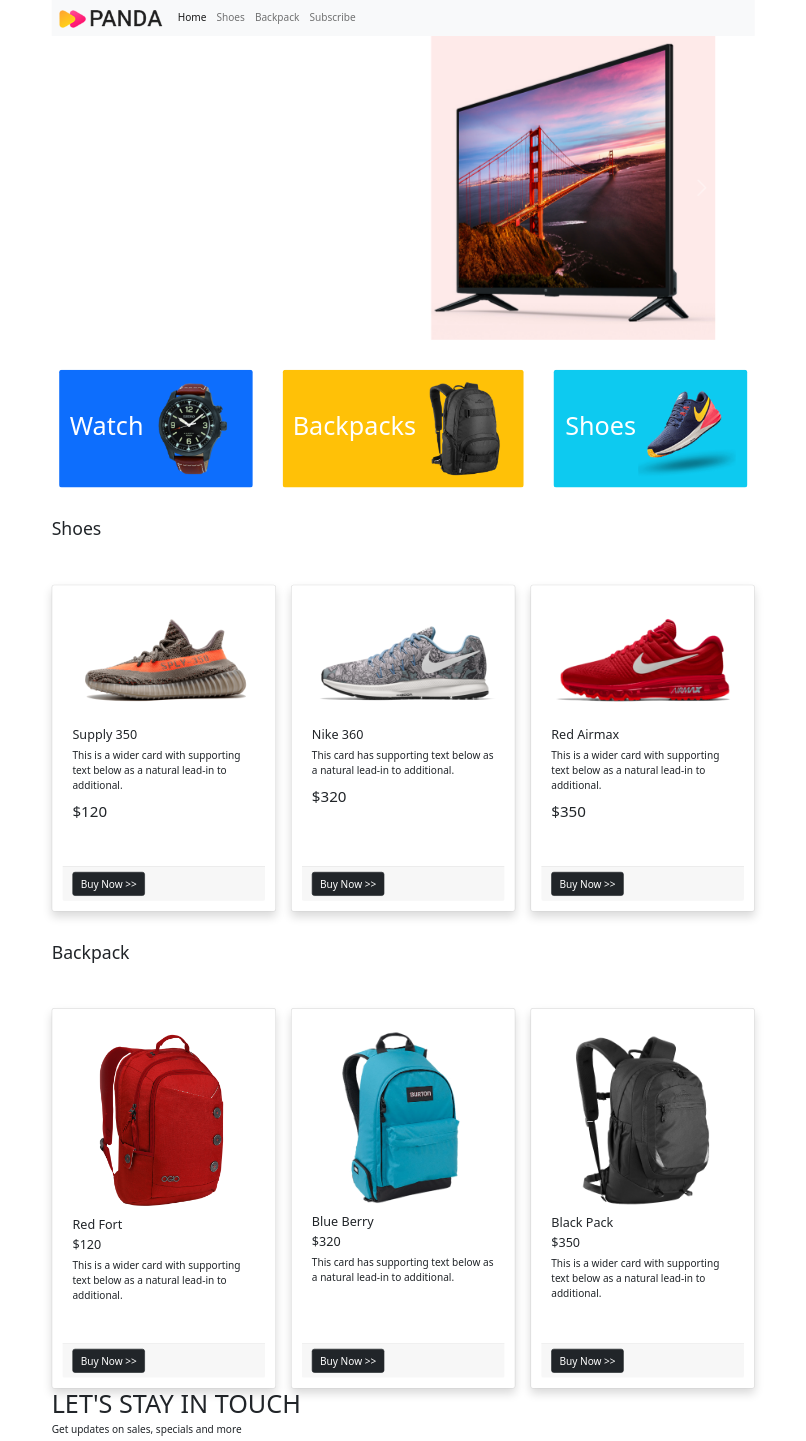
Repository: omarhasnain/panda-commerce-bootstrap
Page: index.html
These files come from the project's save history. The page is drawn as it stood at one moment and after the next save; the edit follows.
The browser window is 1280 px wide. The pictures show the whole page, at 63% of full size.

Above is the page before, as saved 2021-01-14 17:23:09.

### index.html
<!DOCTYPE html>
<html lang="en">
<head>
    <meta charset="UTF-8">
    <meta name="viewport" content="width=device-width, initial-scale=1.0">
    <title>Panda Commerce</title>
    <link href="https://cdn.jsdelivr.net/npm/bootstrap@5.0.0-beta1/dist/css/bootstrap.min.css" rel="stylesheet" integrity="sha384-giJF6kkoqNQ00vy+HMDP7azOuL0xtbfIcaT9wjKHr8RbDVddVHyTfAAsrekwKmP1" crossorigin="anonymous">
</head>
<body>
    <header class="container">
        <nav class="navbar navbar-expand-lg navbar-light bg-light">
            <div class="container-fluid">
              <a class="navbar-brand" href="#"><img src="images/logo.png" alt=""></a>
              <button class="navbar-toggler" type="button" data-bs-toggle="collapse" data-bs-target="#navbarNavAltMarkup" aria-controls="navbarNavAltMarkup" aria-expanded="false" aria-label="Toggle navigation">
                <span class="navbar-toggler-icon"></span>
              </button>
              <div class="collapse navbar-collapse" id="navbarNavAltMarkup">
                <div class="navbar-nav">
                  <a class="nav-link active" aria-current="page" href="#">Home</a>
                  <a class="nav-link" href="#">Shoes</a>
                  <a class="nav-link" href="#">Backpack</a>
                  <a class="nav-link" href="#" tabindex="-1" >Subscribe</a>
                </div>
              </div>
            </div>
          </nav>

        <section>
            <div id="carouselExampleControls" class="carousel slide" data-bs-ride="carousel">
                <div class="carousel-inner">
                  <div class="carousel-item active">
                   <div class="row">
                       <div class="col-md-7">

                       </div>
                       <div class="col-md-5">
                        <img src="images/banner-images/tv.png" class="d-block w-100" alt="...">
                       </div>
                   </div>
                  </div>
                  <div class="carousel-item">
                    <div class="row">
                        <div class="col-md-7">

                        </div>
                        <div class="col-md-5">
                            <img src="images/banner-images/headphone.png" class="d-block w-100" alt="...">
                        </div>
                    </div>
                  </div>
                  <div class="carousel-item">
                   <div class="row">
                       <div class="col-md-7">

                       </div>
                       <div class="col-md-5">
                        <img src="images/banner-images/xbox.png" class="d-block w-100" alt="...">
                       </div>
                   </div>
                  </div>
                </div>
                <a class="carousel-control-prev" href="#carouselExampleControls" role="button" data-bs-slide="prev">
                  <span class="carousel-control-prev-icon" aria-hidden="true"></span>
                  <span class="visually-hidden">Previous</span>
                </a>
                <a class="carousel-control-next" href="#carouselExampleControls" role="button" data-bs-slide="next">
                  <span class="carousel-control-next-icon" aria-hidden="true"></span>
                  <span class="visually-hidden">Next</span>
                </a>
              </div>
        </section>


    </header>
    <main class="container">
        <section class="container overflow-hidden mt-5">
            <div class="row gx-5">
              <div class="col">
               <div class="p-3 rounded bg-primary d-flex align-items-center justify-content-around">
                   <h1 class="text-white">Watch</h1>
                   <img src="images/categories/watch.png" alt="">
               </div>
              </div>
              <div class="col">
                <div class="p-3 rounded bg-warning d-flex align-items-center justify-content-around">
                    <h1 class="text-white">Backpacks</h1>
                    <img src="images/categories/bag.png" alt="">
                </div>
               </div>
               <div class="col">
                <div class="p-3 rounded bg-info d-flex align-items-center justify-content-around">
                    <h1 class="text-white">Shoes</h1>
                    <img src="images/categories/shoes.png" alt="">
                </div>
               </div>

            </div>
        </section>

        <section class="mt-5">
            <h3>Shoes</h3>
            <div class="row row-cols-1 row-cols-md-3 g-4 mt-5">
                <div class="col">
                  <div class="card h-100 shadow p-3 mb-5 bg-white rounded">
                    <img src="images/shoes/shoe-1.png" class="card-img-top" alt="...">
                    <div class="card-body ">
                      <h5 class="card-title">Supply 350</h5>
                      <p class="card-text">This is a wider card with supporting text below as a natural lead-in to additional.
                    </p>
                    <h4>$120</h4>
                    </div>

                    <div class="card-footer">
                    <button class="text-white btn btn-dark">Buy Now >></button>
                    </div>
                  </div>
                </div>
                <div class="col">
                  <div class="card h-100 shadow p-3 mb-5 bg-white rounded">
                    <img src="images/shoes/shoe-2.png" class="card-img-top" alt="...">
                    <div class="card-body">
                      <h5 class="card-title">Nike 360</h5>
                      <p class="card-text">This card has supporting text below as a natural lead-in to additional.</p>
                      <h4>$320</h4>
                    </div>
                    <div class="card-footer">
                        <button class="text-white btn btn-dark">Buy Now >></button>
                    </div>
                  </div>
                </div>
                <div class="col">
                  <div class="card h-100 shadow p-3 mb-5 bg-white rounded">
                    <img src="images/shoes/shoe-3.png" class="card-img-top" alt="...">
                    <div class="card-body">
                      <h5 class="card-title">Red Airmax</h5>
                      <p class="card-text">This is a wider card with supporting text below as a natural lead-in to additional.</p>
                      <h4>$350</h4>
                    </div>
                    <div class="card-footer">
                        <button class="text-white btn btn-dark">Buy Now >></button>
                    </div>
                  </div>
                </div>
            </div>


        </section>

        <section class="mt-5">
            <h3>Backpack</h3>
            <div class="row row-cols-1 row-cols-md-3 g-4 mt-5">
                <div class="col">
                  <div class="card h-100 shadow p-3 mb-5 bg-white rounded">
                    <img src="images/bags/bag-1.png" class="card-img-top" alt="...">
                    <div class="card-body ">
                      <h5 class="card-title">Red Fort</h5>
                      <h5>$120</h5>
                      <p class="card-text">This is a wider card with supporting text below as a natural lead-in to additional.
                    </p>

                    </div>

                    <div class="card-footer">
                    <button class="text-white btn btn-dark">Buy Now >></button>
                    </div>
                  </div>
                </div>
                <div class="col">
                  <div class="card h-100 shadow p-3 mb-5 bg-white rounded">
                    <img src="images/bags/bag-2.png" class="card-img-top" alt="...">
                    <div class="card-body">
                      <h5 class="card-title">Blue Berry</h5>
                      <h5>$320</h5>
                      <p class="card-text">This card has supporting text below as a natural lead-in to additional.</p>

                    </div>
                    <div class="card-footer">
                        <button class="text-white btn btn-dark">Buy Now >></button>
                    </div>
                  </div>
                </div>
                <div class="col">
                  <div class="card h-100 shadow p-3 mb-5 bg-white rounded">
                    <img src="images/bags/bag-3.png" class="card-img-top" alt="...">
                    <div class="card-body">
                      <h5 class="card-title">Black Pack</h5>
                      <h5>$350</h5>
                      <p class="card-text">This is a wider card with supporting text below as a natural lead-in to additional.</p>

                    </div>
                    <div class="card-footer">
                        <button class="text-white btn btn-dark">Buy Now >></button>
                    </div>
                  </div>
                </div>
            </div>


        </section>
        <section>
            <h1>LET'S STAY IN TOUCH</h1>
            <h6>Get updates on sales, specials and more</h6>
        </section>

    </main>














    <script src="https://cdn.jsdelivr.net/npm/bootstrap@5.0.0-beta1/dist/js/bootstrap.bundle.min.js" integrity="sha384-ygbV9kiqUc6oa4msXn9868pTtWMgiQaeYH7/t7LECLbyPA2x65Kgf80OJFdroafW" crossorigin="anonymous"></script>
</body>
</html>

After the next save:
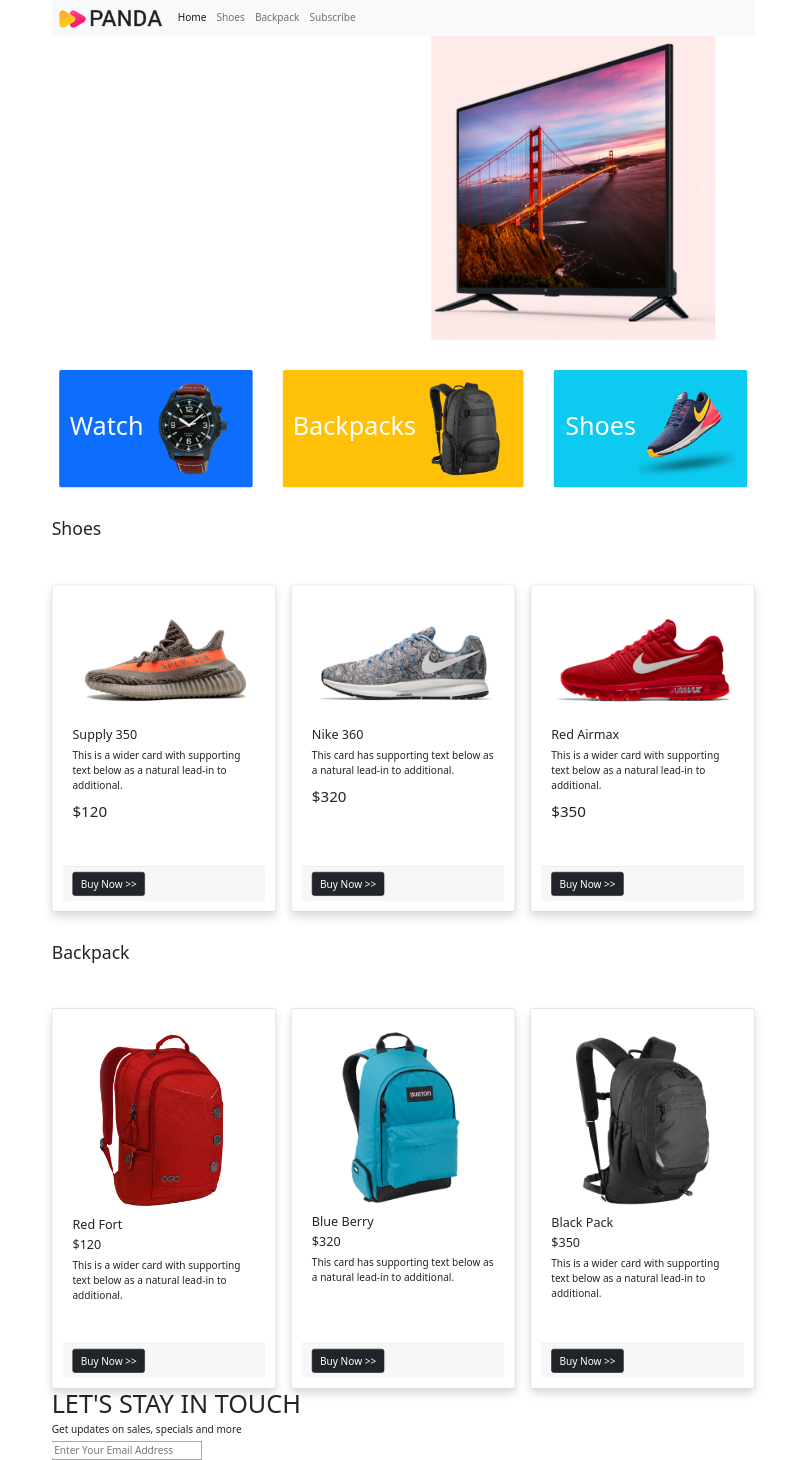
Saved 84 s later.
--- a/index.html
+++ b/index.html
@@ -200,6 +200,7 @@
         <section>
             <h1>LET'S STAY IN TOUCH</h1>
             <h6>Get updates on sales, specials and more</h6>
+            <input type="text" placeholder="Enter Your Email Address">
         </section>
 
     </main>
